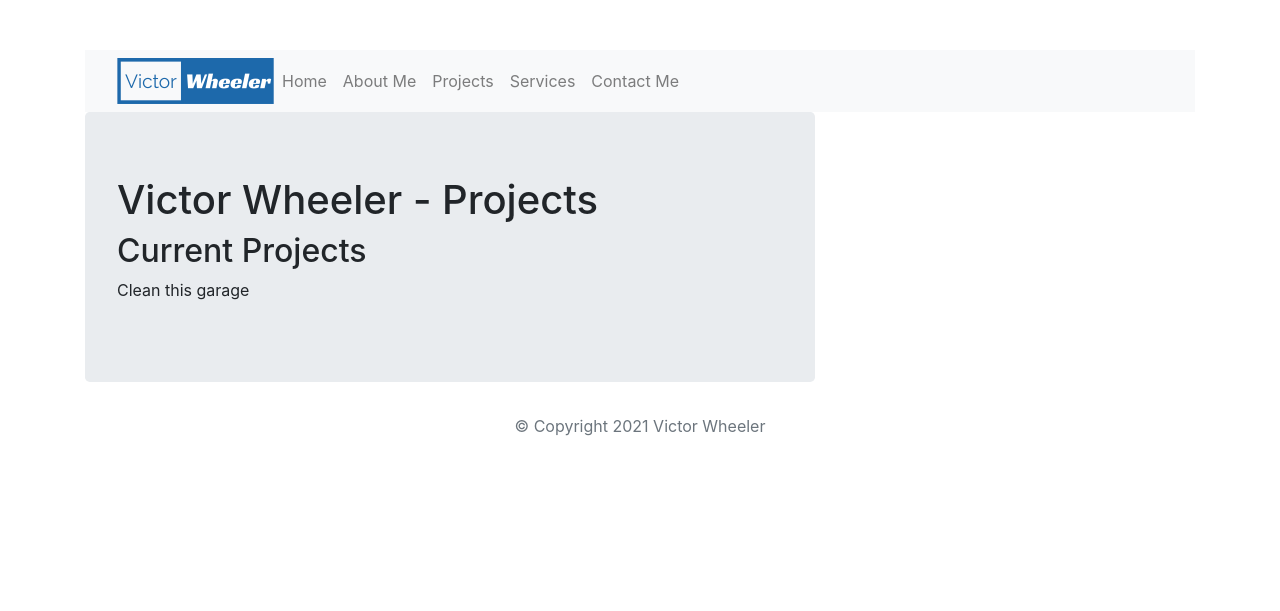
Repository: VictorWheeler/COMP_229_301167760
Page: http://localhost/projects
These files come from the project's save history. The page is drawn as it stood at one moment and after the next save; the edit follows.
The browser window is 1280 px wide. The pictures show the whole page.
The page is served by the project's Node server (server.js).

Above is the page before, as saved 2021-09-30 10:06:35.

After the next save:
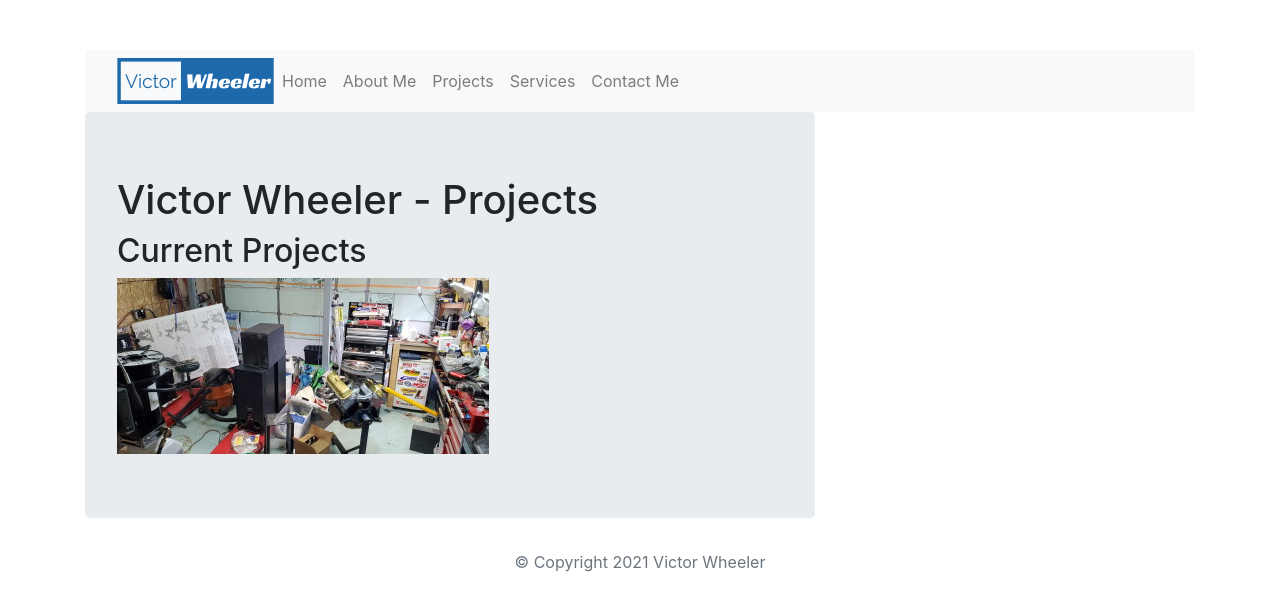
Saved 85 s later.
--- a/Express-Portfolio-Site/views/pages/projects.ejs
+++ b/Express-Portfolio-Site/views/pages/projects.ejs
@@ -15,7 +15,7 @@
     <div class="jumbotron">
       <h1>Victor Wheeler - Projects</h1>
       <h2>Current Projects</h2>
-      <p><a img src="/images/garage_cleanup.jpg">Clean this garage</a></p>
+      <img src="/images/garage_cleanup.jpg">
     </div>
   </div>
 
